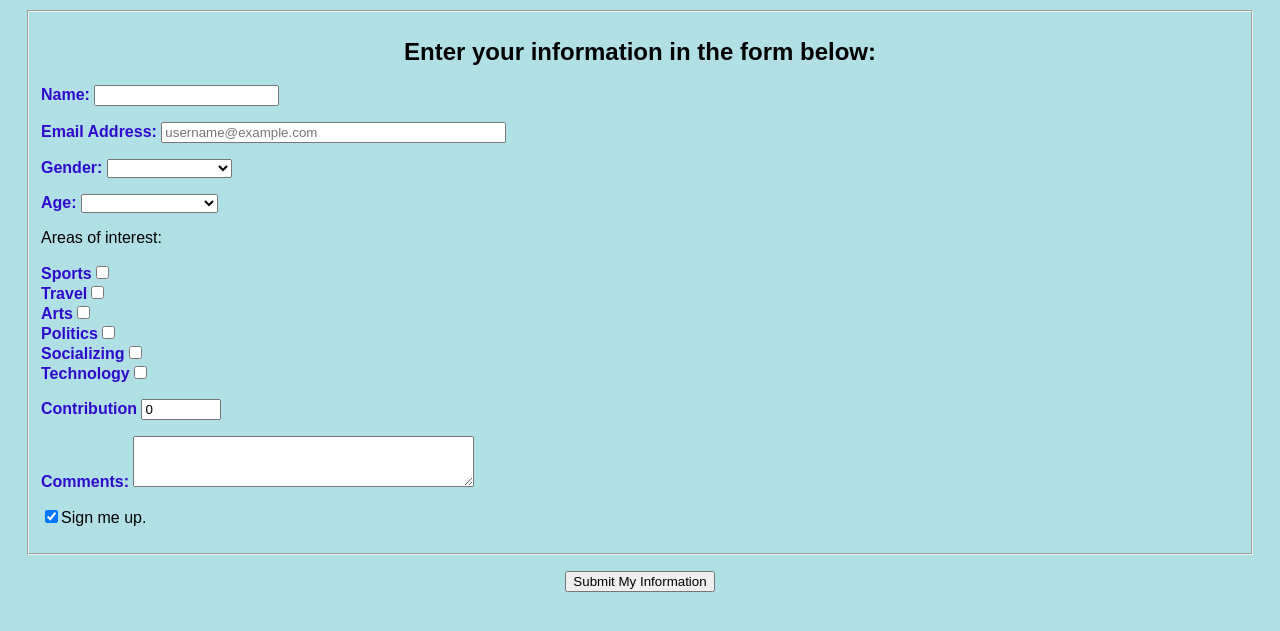
Repository: oduong1/COSW30
Page: homework/hw2/contact.html
The author's editor kept a record of every edit. The page is drawn from the files as they stood at one moment, then again after the next edit.
The browser window is 1280 px wide. The pictures show the whole page.
Some web fonts or font styles are not loaded; a fallback is used.

Above is the page before.

After the next edit:
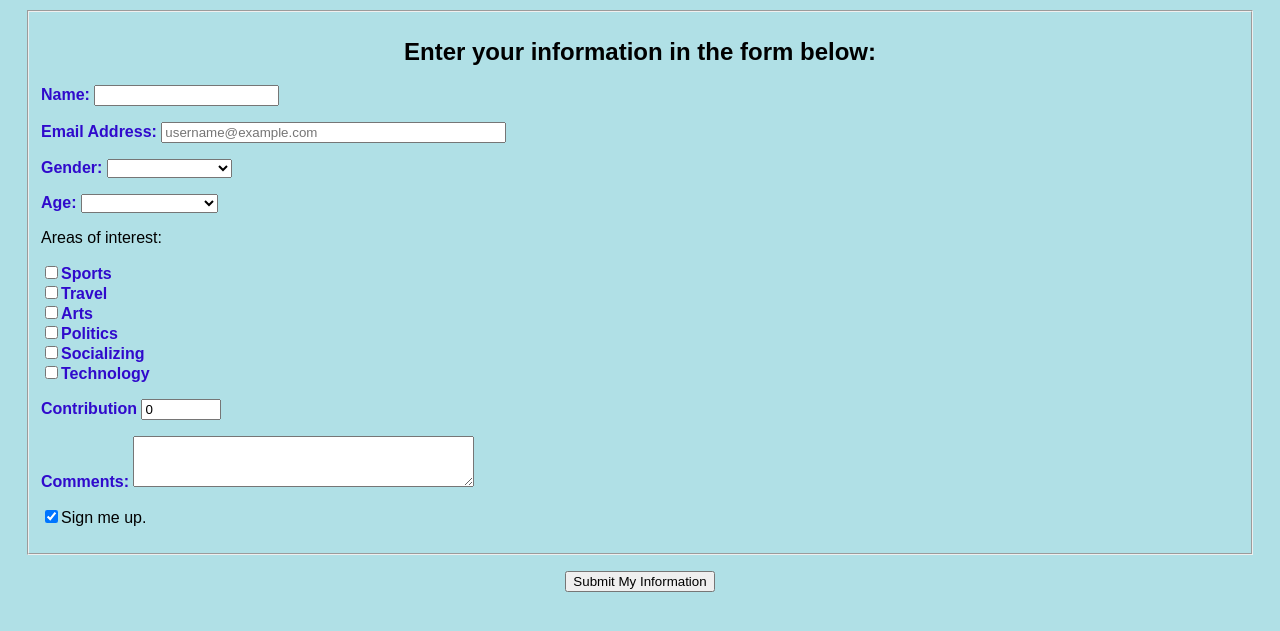
The edit:
--- a/homework/hw2/contact.html
+++ b/homework/hw2/contact.html
@@ -49,12 +49,12 @@
 	</select></label></p>
 
 	<p>Areas of interest:</br></p>
-	<label for ="sports">Sports</label><input type="checkbox" name="int1" id="sports"><br>
-	<label for ="travel">Travel</label><input type="checkbox" name="int2" id="travel"><br>
-	<label for ="arts">Arts</label><input type="checkbox" name="int3" id="arts"><br>
-	<label for ="politics">Politics</label><input type="checkbox" name="int4" id="politics"><br>
-	<label for ="socializing">Socializing</label><input type="checkbox" name="int5" id="socializing"><br>
-	<label for ="technology">Technology</label><input type="checkbox" name="int6" id="technology"><br>
+	<label for ="sports"><input type="checkbox" name="int1" id="sports">Sports</label><br>
+	<label for ="travel"><input type="checkbox" name="int2" id="travel">Travel</label><br>
+	<label for ="arts"><input type="checkbox" name="int3" id="arts">Arts</label><br>
+	<label for ="politics"><input type="checkbox" name="int4" id="politics">Politics</label><br>
+	<label for ="socializing"><input type="checkbox" name="int5" id="socializing">Socializing</label><br>
+	<label for ="technology"><input type="checkbox" name="int6" id="technology">Technology</label><br>
 
 
 	<p><label for="number">Contribution</label>
